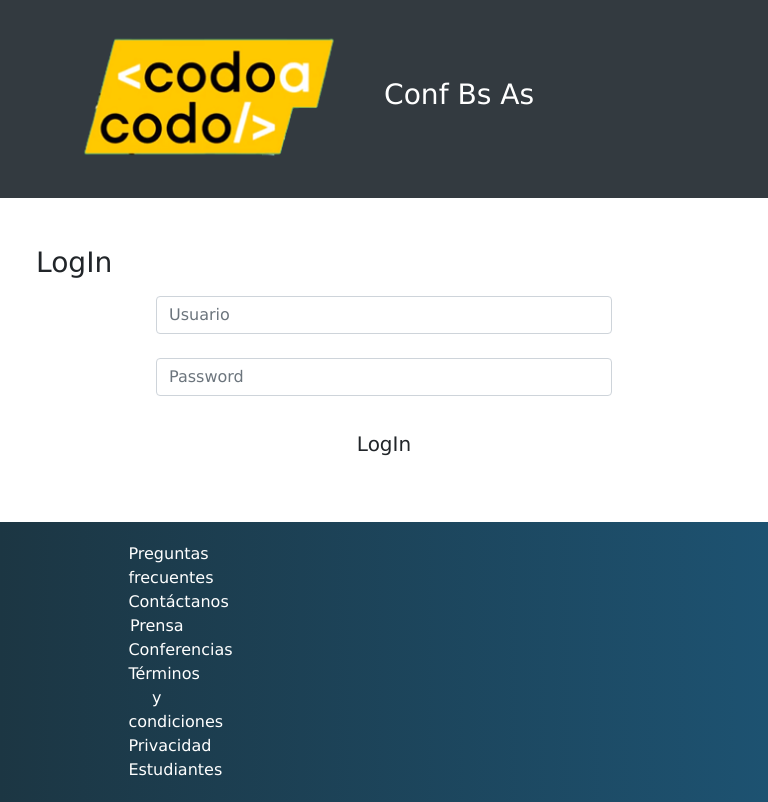
Repository: carolinaeramirez/tpntegrador_cac_23552
Page: http://localhost/integrador_cac/login.jsp
An editor plug-in stored every save of this project. The page is shown before and after the next save, followed by the edit.
The browser window is 768 px wide. The pictures show the whole page.
The page is served by Tomcat 9. Other server files are loaded and not shown.

Above is the page before, as saved 2023-12-15 19:37:10.

### integrador_cac/src/main/webapp/login.jsp
<%@ page language="java" contentType="text/html; charset=UTF-8"
    pageEncoding="UTF-8"%>
<%@page import="ar.com.integrador.domain.Orador"%>
<%@page import="java.util.List"%>

<!doctype html>
<html lang="es">

	<head>
	  <meta charset="utf-8">
	  <meta name="viewport" content="width=device-width, initial-scale=1">




    <link
      rel="shortcut icon"
      href="./assets/img/favicon.ico"
      type="image/x-icon"
    />
    <link
      href="https://cdn.jsdelivr.net/npm/bootstrap@5.0.2/dist/css/bootstrap.min.css"
      rel="stylesheet"
      integrity="sha384-EVSTQN3/azprG1Anm3QDgpJLIm9Nao0Yz1ztcQTwFspd3yD65VohhpuuCOmLASjC"
      crossorigin="anonymous"
    />
    <link rel="stylesheet" href="./css/estilos.css" />
	  <title>Trabajo Integrador</title>

	</head>
	<body>

		<jsp:include page="header.jsp"/>

		<main class="d-flex justify-content-center align-items-center">
		 <section class="mt-5 container" id="form-orador">
		        <div class="row justify-content-center">
		            <div class="col-lg-8 col-xl-7">
		                <h2 class="titulo-gral mb-3">LogIn</h2>

		                <form action="<%=request.getContextPath()%>/LoginAdminController" method="POST">
		                    <div class="row justify-content-center">
		                        <div class="col-8 mb-3 mb-4">
		                            <input type="text" class="form-control" name="nombre" placeholder="Usuario" aria-label="Nombre" required>

		                        </div>
		                         <div class="col-8 mb-3 mb-4">
		                           <input type="password" class="form-control" name="password" placeholder="Password" aria-label="Password" required>
		                         </div>
		                    </div>
		                    <div class="row justify-content-center">
		                        <div class="col-8 mb-3">
		                            <div class="d-grid">
		                                <button type="submit" class="btn btn-lg btn-form">LogIn</button>
		                            </div>
		                        </div>
		                    </div>
		                </form>
		            </div>
		        </div>
		    </section>

		</main>

		<jsp:include page="footer.jsp"/>

		<script src="https://cdn.jsdelivr.net/npm/bootstrap@5.1.3/dist/js/bootstrap.bundle.min.js" integrity="sha384-ka7Sk0Gln4gmtz2MlQnikT1wXgYsOg+OMhuP+IlRH9sENBO0LRn5q+8nbTov4+1p" crossorigin="anonymous"></script>

	</body>
</html>

### integrador_cac/src/main/webapp/header.jsp
 <header>
      <div class="encabezado">
        <div class="encabezado__logo">
          <a
            href="https://buenosaires.gob.ar/educacion/codo-codo-40"
            target="_blank"
          >
            <img
              class="encabezado__logo__img"
              src="assets/img/codoacodo.png"
              alt="logo de codo a codo 4.0"
              loading="lazy"
            />
          </a>
        </div>
        <div class="encabezado__titulo">
          <h2>Conf Bs As</h2>
        </div>
        <nav class="encabezado__nav">
          <ul>
            <li>
              <a class="encabezado_conferencia" href="index.jsp#conferencia"
                >La conferencia</a
              >
            </li>
            <li>
              <a class="encabezado_links" href="index.jsp#oradores">Los oradores</a>
            </li>
            <li>
              <a class="encabezado_links" href="index.jsp#lugarFecha"
                >El lugar y la fecha</a
              >
            </li>
            <li>
              <a class="encabezado_links" href="index.jsp#formularioOrador"
                >Conviertete en orador</a
              >
            </li>
            <li>
              <a class="encabezado_comprar_tickets" href="tickets.jsp"
                >Comprar tickets</a
              >
            </li>
            <li>
              <a class="encabezado_links" href="login.jsp"
                >Login</a
              >
            </li>
          </ul>
        </nav>
        <div class="encabezado__hamburguesa">
          <i class="fas fa-bars" id="hamburguesa"></i>
        </div>
      </div>
    </header>

### integrador_cac/src/main/webapp/footer.jsp
<footer class="footer_contenedor">
      <a class="anclas_footer" href="">Preguntas frecuentes</a>
      <a class="anclas_footer" href="">Contáctanos</a>
      <a class="anclas_footer" href="">Prensa</a>
      <a class="anclas_footer" href="">Conferencias</a>
      <a class="anclas_footer" href="">Términos y condiciones</a>
      <a class="anclas_footer" href="">Privacidad</a>
      <a class="anclas_footer" href="">Estudiantes</a>
    </footer>

### integrador_cac/src/main/webapp/css/estilos.css
* {
  margin: 0;
  padding: 0;
  box-sizing: border-box;
  font-family: "Lucida Sans", "Lucida Sans Regular", "Lucida Grande",
    "Lucida Sans Unicode", Geneva, Verdana, sans-serif;

}

/* Encabezado */.encabezado {
  width: 100%;
  padding-left: 5%;
  padding-right: 5%;
  height: 15%;
  background-color: rgb(51, 58, 64);
  display: flex;
  align-items: center;
  justify-content: flex-start;
  flex-direction: row;

  /* Responsive */
  @media (max-width: 768px) {
    flex-direction: row;
    align-items:center;
    justify-content: space-between;
  }
}

.encabezado__logo {
  margin-left: 2%;
  width: 10%;

  /* Responsive */
  @media (max-width: 768px) {
    margin-left: 0;
    width: 100%;
  }
}

.encabezado__logo__img {
  width: 100%;
}

.encabezado__titulo {
  width: 15%;
  color: white;
  font-size: 1rem;

  /* Responsive */
}
@media (max-width: 768px) {
  .encabezado__titulo {
    margin-left: 0;
    width: 100%;
  }
}
.encabezado__nav {
  margin-right: 5%;
  width: 75%;
  display: flex;
  align-items: flex-end;
  justify-content: flex-end;
  flex-direction: row;
  position: relative;

  /* Responsive */
}
.encabezado__hamburguesa {
  color: white;
  position: absolute;
  right: 20px;
  top: 10px;
}
@media (max-width: 768px) {
  .encabezado__nav {
    display: none;
  }

  .encabezado__hamburguesa {
    display: block;
  }
}
.encabezado__nav ul {
  display: flex;
  align-items: flex-end;
  justify-content: space-evenly;
  flex-direction: row;
  flex-wrap: wrap;
  list-style: none;
}

.encabezado__nav ul li a {
  margin-left: 30px;
  text-decoration: none;
  font-size: 1rem;
}

.encabezado_conferencia {
  color: white;
}

.encabezado_links {
  color: rgb(151, 151, 161);
}

.encabezado_comprar_tickets {
  color: rgb(42, 168, 69);
}

/* conferencia Bs As */
.section_conferencia {
  width: 100%;
  background-image: linear-gradient(rgba(0, 0, 0, 0.5), rgba(0, 0, 0, 0.4)),
    url("../assets/img/palaciodelasaguas.jpg");
  background-size: cover;
  background-position: center;
  background-repeat: no-repeat;
  display: flex;
  flex-direction: column;
  align-content: flex-end;
  justify-content: flex-end;
  text-align: right;
  color: white;
  padding-right: 5%;
  padding-bottom: 10%;
  padding-top: 10%;

  /* Responsive */
}
@media (max-width: 768px) {
  .section_conferencia {
    padding-left: 0;
    padding-right: 0;
    text-align: center;
    flex-wrap: wrap;
  }
}
.section_conferencia h1 {
  font-size: 2rem;
  font-weight: 500;
  margin: 0;
  padding: 0;

  /* Responsive */
}
@media (max-width: 768px) {
  .section_conferencia h1 {
    font-size: 24px;
  }
}
.section_conferencia p {
  font-size: 1rem;
  font-weight: 400;
  margin-left: 50%;
  padding: 0;

  /* Responsive */
  @media (max-width: 768px) {
    font-size: 14px;
  }
}

.section_conferencia_button {
  font-size: 1.5rem;
  display: flex;
  justify-content: flex-end;
  padding-top: 20px;

  /* Responsive */
  @media (max-width: 768px) {
    display: flex;
    flex-direction: column;
    justify-content: center;
  }
}

.comprar_tickets {
  text-decoration: none;
  border-radius: 8%;
  border: none;
  background-color: rgb(39, 168, 68);
  color: white;
  padding: 1%;
  margin-left: 10px;
  font-size: 1rem;

  /* Responsive */
  @media (max-width: 768px) {
    margin: 0 auto;
  }
}

.quiero_ser_orador {
  text-decoration: none;
  border-radius: 8%;
  border: solid 1px white;
  color: white;
  padding: 1%;
  font-size: 1rem;

  /* Responsive */
  @media (max-width: 768px) {
    margin: 0 auto;
  }
}

/* LOS ORADORES */
.oradores {
  width: 80%;
  margin: 2% auto;
  text-align: center;
  padding-top: 5px;

  @media (max-width: 780px) {
    margin: 0;
    padding: 0;
    width: 100%;
    flex-direction: column;
  }
}
.contenedor-tarjetas {
  padding: 1%;
  display: flex;
  justify-content: space-between;
  /* Responsive */
}
@media (max-width: 780px) {
  .contenedor-tarjetas {
    margin: 0;
    padding: 0;
    width: 100%;
    flex-direction: column;
    flex-wrap: wrap;
  }
}
@media (max-width: 780px) {
  .card {
    flex-direction: column;
    width: 100%;
  }
}

.temas {
  display: flex;
  flex-direction: row;
  align-items: start;
  justify-content: start;
}
.colorCeleste {
  margin-left: 10px;
  padding: 2px;
  font-size: 1rem;
  background-color: rgb(0, 200, 255);
  color: white;
  border: 1px solid rgb(0, 200, 255);
  border-radius: 5px;
}
.colorAmarillo {
  font-size: 1rem;
  background-color: rgb(255, 255, 0);
  color: black;
  padding: 2px;
  border: 1px solid rgb(255, 255, 0);
  border-radius: 5px;
}
.colorGris {
  padding: 2px;
  font-size: 1rem;
  background-color: rgb(106, 106, 106);
  color: white;
  border: 1px solid rgb(106, 106, 106);
  border-radius: 5px;
}
.colorRojo {
  padding: 2px;
  margin-left: 10px;
  font-size: 1rem;
  background-color: rgb(171, 2, 2);
  color: white;
  border: 1px solid rgb(171, 2, 2);
  border-radius: 5px;
  text-align: left;
}
.card-title {
  text-align: left;
  font-weight: bold;
}
.card-text {
  text-align: justify;
}
/* honolulu section. */

.lugar_fecha {
  width: 100%;
  height: 400px;
  margin-top: 1%;
  display: flex;
  justify-content: space-between;
  flex-direction: row;
}

.lugar_fecha_imagen {
  max-width: 50%;
  overflow: hidden;
  align-items: center;
}
.lugar_fecha_imagen img {
  max-width: 100%;
  height: auto;
}

.lugar_fecha_texto {
  padding: 2%;
  width: 50%;
  background-color: rgb(53, 58, 61);
  display: flex;
  justify-content: start;
  align-content: flex-start;
  flex-wrap: wrap;
  text-align: left;
}
.lugar_fecha_texto h2 {
  color: white;
  font-size: 2rem;
}
.lugar_fecha_texto p {
  color: white;
  font-size: 1rem;
}
.lugar_fecha_conoce_mas {
  display: flex;
  flex-direction: row;
  align-items: end;
  justify-content: end;
  color: white;
  font-size: 1rem;
  border: solid 1px white;
}
@media (max-width: 780px) {
  .lugar_fecha {
    flex-direction: column;
    height: auto;
  }

  .lugar_fecha_imagen {
    max-width: 100%;
  }

  .lugar_fecha_texto {
    width: 100%;
  }
}
/* ***************************************************** */
/* Formulario oradores */

.formularioOrador {

  display: flex;
  justify-content: center;
  align-items: center;
  background-color: red;
  background-color: aqua;
  width: 100%;
  height: 100%;
  display: flex;
  justify-content: center;
  align-items: center;
  flex-direction: row;
  margin-bottom:10%

}
.titulo-subtitulo {
  margin-top: 5%;
  display: flex;
  justify-content: center;
  align-items: center;
  flex-direction: column;
}
.titulo-subtitulo .titulo {
  color: black;
  font-size: 2rem;
}
.titulo-subtitulo .subtitulo {
  color: black;
  font-size: 1rem;
}
.titulo-subtitulo .info {
  text-align: left;
  color: black;
  font-size: 1.5rem;
  font-family: "Gill Sans", "Gill Sans MT", Calibri, "Trebuchet MS", sans-serif;
}
.formulario-row {
  background-color: aqua;
  width: 80%;
  margin-left: 15%;
}
.input-textarea {
  width: 80%;
  height: auto;
  margin-left: 15%;
}
.label-textarea {
  color: rgb(115, 110, 110);
  font-size: 1rem;
  padding: 0;
}
.input {
  width: 100%;
  margin-right: 5%;

  border: solid 1px gray;
  border-radius: 5%;
}
.input_textarea {
  width: 105%;
  height: 20vh;
  display: block;
  justify-content: center;
  align-items: center;
  margin-top: 5%;
}
.btn-enviar {
  margin-top: 1%;
  width: 100%;
  padding: 5px;
  background-color: rgb(150, 201, 62);
  border-radius: 5px;
  border: solid 1px rgb(150, 201, 62);
  font-size: 1rem;

}

/* FOOTER */
.footer_contenedor {

  display: flex;
  flex-wrap: nowrap;
  flex-direction: row;
  justify-content: space-evenly;
  align-items: center;
  text-align: center;
  margin-top: 5%;
  padding: 20px 100px 20px 100px;
  background: linear-gradient(to right, rgb(28, 54, 67), rgb(29, 82, 113));

  bottom: 0;
  width: 100%;

}
@media (max-width: 780px) {
  .footer_contenedor {
    align-items: start;
    justify-content: flex-start;
    flex-direction: column;
    height: auto;

  bottom: 0;
  width: 100%;
  }
}
.footer_contenedor ul {
  list-style: none;
  display: flex;
  flex-wrap: nowrap;
  flex-direction: row;
  justify-content: space-evenly;
  align-items: center;
}
.anclas_footer {
  width: 10%;
  text-decoration: none;
  color: white;
  font-size: 1rem;
  margin-left: 5%;
}

/* PAGE TICKETS */
.main-tickets {
  width: 100%;
  height: auto;
}
/* ****************Categorias de descuentos************ */
.categoria {
  padding: 1%;
  display: flex;
  flex-direction: row;
  justify-content: space-evenly;
  width: 60%;
  margin-left: 20%;
  margin-top: 3%;
  align-items: center;
  align-content: center;
  /* gap: 10px; */
  flex-wrap: wrap;
}

.categoria__cat {
  width: 30%;
  height: 30%;
  display: flex;
  flex-direction: column;
  justify-content: center;
  align-items: center;
  flex-wrap: 10px;
  background: #ffffff;
  text-align: center;
  padding: 25px;
  transition: transform 0.3s;
}
.categoria__cat:hover {
  transform: scale(1.1);
  box-shadow: 0 0 10px rgba(0, 0, 0, 0.5);
}

.categoria__cat__title {
  text-align: center;
  font-family: Arial, Helvetica, sans-serif;
  font-size: 1.5rem;
  font-style: normal;
  font-weight: 600;
  line-height: normal;
  line-height: 2.5;
}

.categoria__cat__texto {
  font-size: 0.8rem;
  font-style: normal;
  font-weight: 400;
  line-height: normal;
  display: flex;
  flex-direction: column;
  line-height: 2.5;
}
.categoria__cat__porcentaje {
  text-align: center;
  font-family: Arial, Helvetica, sans-serif;
  font-size: 1rem;
  font-style: normal;
  font-weight: 600;
  line-height: normal;
  line-height: 2.5;
}
@media (max-width: 780px) {
  .categoria {
    margin-left: 20%;
    padding: 0;
    width: 70%;
    height: 30%;
    display: flex;
    justify-content: center;
    align-items: center;
    flex-direction: column;
    flex-wrap: wrap;
  }
  .categoria__cat {
    width: 100%;
    margin-top: 20px;
  }
}
/* Uso el id para darles los bordes de cada color a las categorias */
#estudiante {
  border: solid 2px;
  border-color: rgb(0, 123, 255);
}

#trainee {
  border: solid 2px;
  border-color: rgb(23, 162, 184);
}
#junior {
  border: solid 2px;
  border-color: rgb(255, 193, 7);
}

/* Formulario de compra de tickets */

.form {
  width: 100%;
  display: flex;
  flex-direction: column;
  justify-content: center;
  align-items: center;
  padding: 1% 10% 0% 10%;
}

.form__encabezado {
  display: flex;
  justify-content: center;
  flex-direction: column;
  align-items: center;
  line-height: 2;
}

.form-input-center {
  padding: 5px;
  display: flex;
  flex-direction: row;
  justify-content: space-between;
  width: 70%;
}


.input-center {
  margin-bottom: 10px;
  margin-right: 5px;
  display: flex;
  flex-direction: row;
  justify-content: space-between;
  width: 100%;
  border-radius: 5px;
  border: 1px solid rgb(141, 138, 138);
  padding: 2px;
}
@media (max-width: 780px) {
  .form-input-center {
    margin-left: 0%;
    padding: 0;
    width: 100%;
    display: flex;
    justify-content: center;
    align-items: center;
    flex-direction: column;
    flex-wrap: wrap;
  }

}
#categoria {
  padding: 1px;
  margin-left: 3px;
  width: 98%;
}

.input-label {
  font-size: 0.9rem;

  width: 100%;
  display: flex;
  justify-content: space-between;
  flex-direction: column;
}

/* pago y botones  */
.total {
  /* margin-top: 20px; */
  width: 70%;
  display: flex;
  align-items: center;
  justify-content: start;
  flex-direction: row;
  padding: 5px;
}
.total_pago {
  width: 100%;
  background-color: lightblue;
  border: 1px solid rgb(204, 229, 255);
  border-radius: 5px;
  font-size: 1rem;
  display: block;
  padding: 2px;
}
.botones {
  width: 70%;
  display: flex;
  justify-content: space-between;
  flex-direction: row;
  align-items: center;
  padding: 5px;
}
.boton {
  display: flex;
  justify-content: center;
  background-color: rgb(151, 201, 62);
  width: 50%;
  text-align: center;
  font-size: 1.2rem;
  color: white;
  border: 1px solid rgb(151, 201, 62);
  border-radius: 3px;
  /* margin-left: 5px; */
}

After the next save:
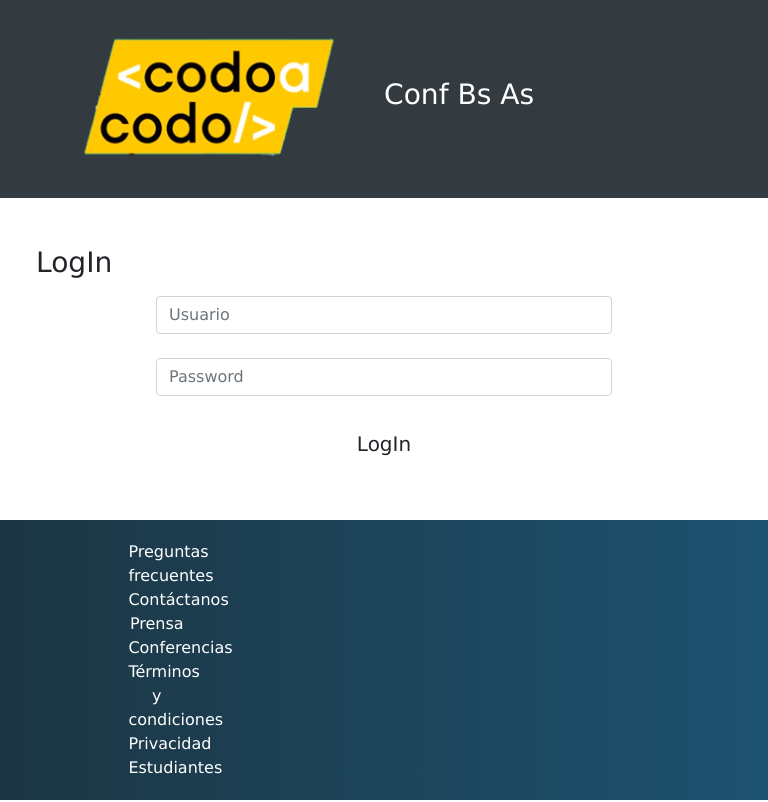
Saved 47 s later.
--- a/integrador_cac/src/main/webapp/css/estilos.css
+++ b/integrador_cac/src/main/webapp/css/estilos.css
@@ -443,7 +443,7 @@
   margin-top: 5%;
   padding: 20px 100px 20px 100px;
   background: linear-gradient(to right, rgb(28, 54, 67), rgb(29, 82, 113));
-
+position:sticky;
   bottom: 0;
   width: 100%;
 
@@ -454,7 +454,7 @@
     justify-content: flex-start;
     flex-direction: column;
     height: auto;
-
+position:sticky;
   bottom: 0;
   width: 100%;
   }
